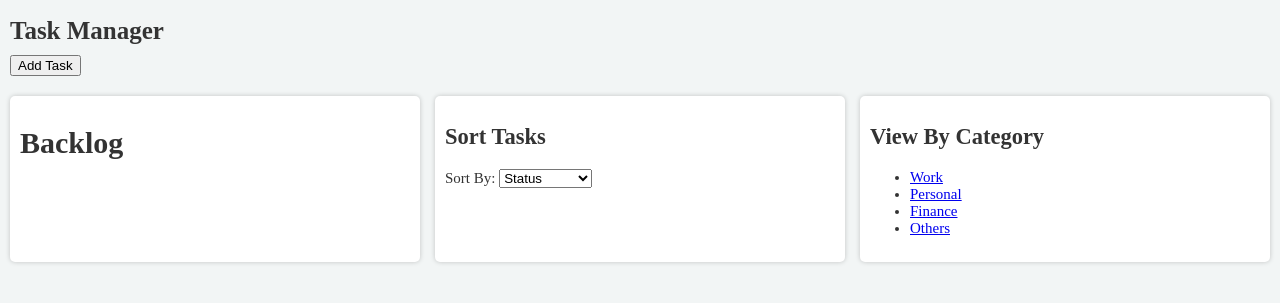
Repository: n-shen/task-tracker
Page: / (app in frontend/)
The author's editor kept a copy of each file at every save. The page is drawn from the files as they stood at one save, then again after the next save.
The browser window is 1280 px wide. The pictures show the whole page.
The project was rebuilt for these pictures with package versions that can differ from the ones it lists, and the page was loaded fresh each time. Also part of the build but not shown: frontend/src/components/taskManager/addTask.jsx, frontend/src/components/tasks/task.jsx, frontend/src/components/taskManager/categoryTasks.jsx. Imported but missing from the stored project, and not drawn on this page: frontend/src/reportWebVitals.

Above is the page before, as saved 2023-04-20 13:21:43.

After the next save:
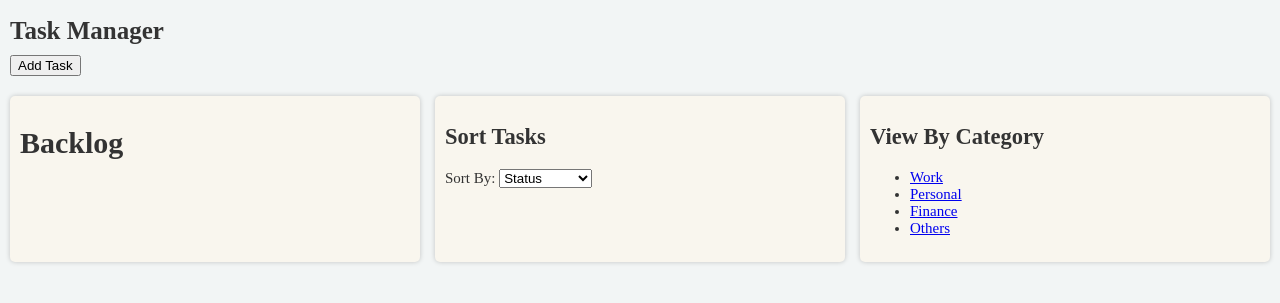
Saved 68 s later.
--- a/frontend/src/styles/manager.css
+++ b/frontend/src/styles/manager.css
@@ -29,7 +29,7 @@
 }
 
 .taskManager--grid > div {
-    background-color: #fff;
+    background-color: #F9F6EE;
     border-radius: 0.5rem;
     padding: 1rem;
     box-shadow: 0 0 0.5rem rgba(0, 0, 0, 0.2);
